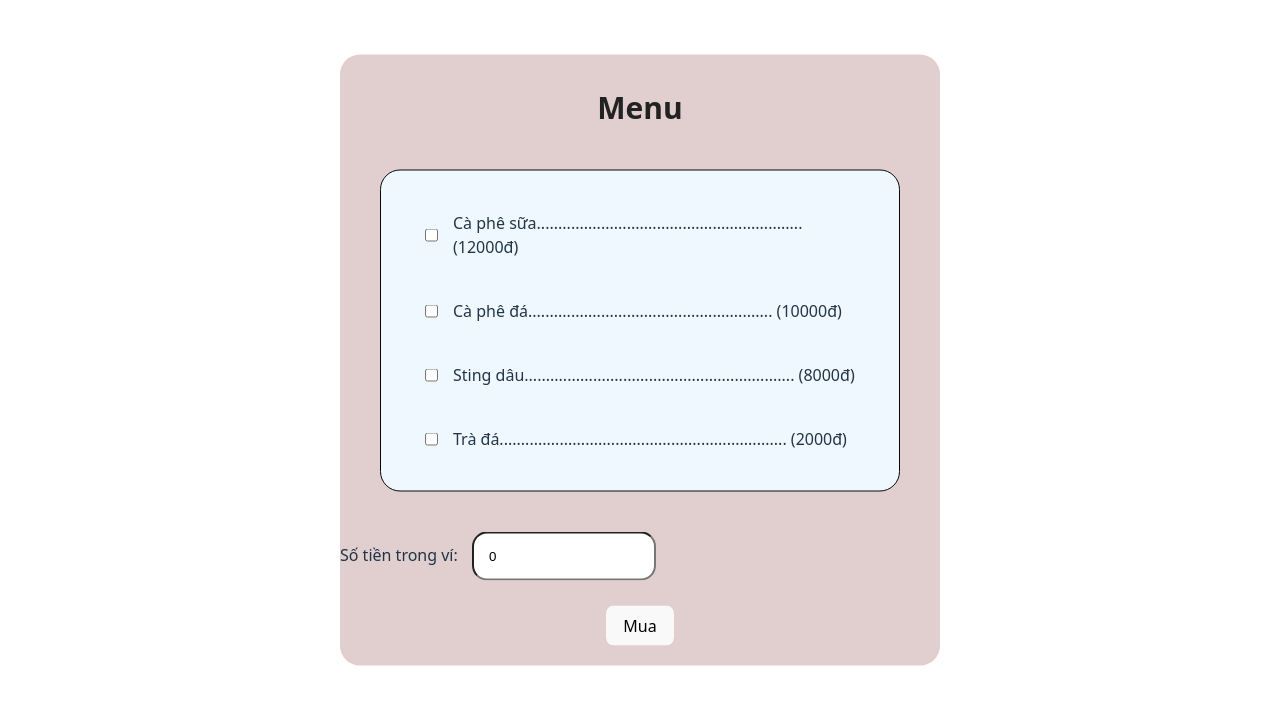
Repository: thidieu2005/React_State
Page: /
An editor plug-in stored every save of this project. The page is shown before and after a run of saves, followed by the edit.
The browser window is 1280 px wide. The pictures show the whole page.
The project was rebuilt for these pictures with package versions that can differ from the ones it lists, and the page was loaded fresh each time. Also part of the build but not shown: vite.config.js, src/Dientich_hcn.jsx, src/App.jsx, src/Counter_function.jsx, src/S_hnc.jsx, src/data.jsx, src/App.css, src/State_getData.jsx and 6 more.

Above is the page before, as saved 2025-04-29 07:05:10.

### src/main.jsx
import { StrictMode } from 'react'
import { createRoot } from 'react-dom/client'
import './index.css'
import App from './App.jsx'
import Dientich_hcn from './Dientich_hcn.jsx'
// import App from './App.jsx'
// import Counter from './Counter.jsx'
import CounterFunction from './Counter_function.jsx'
import S_hcn from './S_hnc.jsx'
import State_getData from './State_getData.jsx'
import FGetdtAPI from './FGetdtAPI.jsx'
import CGetdtAPI from './CGetdtAPI.jsx'
import CaxiosAPI from './axios/CaxiosAPI.jsx'
import FuaxiosAPI from './axios/FuaxiosAPI.jsx'
import MyForm from './Form/form1.jsx'
import { DiemTB } from './Form/diem.jsx'
import SimpleMenu from './Form/checkbox.jsx'
createRoot(document.getElementById('root')).render(
  <StrictMode>
    <  SimpleMenu />
  </StrictMode>,
)

### src/Form/checkbox.jsx
//tạo menu đồ uống. Chọn món muốn mua, dùng checkbox để tích vào đồ cần mua
//menu có tên, giá, số lượng(tự nhập). ở dưới có ô nhập số tiền. nếu tổng tiềm chọn món lớn hơn số tiền từ ô nhập thì thông báo không đủ tiền
//nếu đủ tiền thì thông báo đã chọn món thành công và số dư còn lại
//bt2: tạo form để tạo 1 sp, có thể lưu vào local storage sau đó hiển thị ra. Và tiếp tục nâng cao lưu vào session, cloud, backend(APi, Sql,..)


import React, { useState } from "react";
import "./SimpleMenu.css"; // 🛑 Import file CSS riêng!

export default function SimpleMenu() {
  const menu = [
    { id: 1, name: "Cà phê sữa..............................................................", price: 12000 },
    { id: 2, name: "Cà phê đá.........................................................", price: 10000 },
    { id: 3, name: "Sting dâu...............................................................", price: 8000 },
    { id: 4, name: "Trà đá...................................................................", price: 2000 },
  ];

  const [selections, setSelections] = useState({});
  const [wallet, setWallet] = useState(0);
  const [message, setMessage] = useState("");

  const handleSelect = (id) => {
    const newSelections = { ...selections };
    if (newSelections[id] && newSelections[id].selected) {
      newSelections[id].selected = false;
    } else {
      newSelections[id] = { selected: true, quantity: 1 };
    }
    setSelections(newSelections);
  };

  const handleQuantityChange = (id, change) => {
    const newSelections = { ...selections };
    if (newSelections[id]) {
      let newQuantity = newSelections[id].quantity + change;
      if (newQuantity < 1) {
        newQuantity = 1;
      }
      newSelections[id].quantity = newQuantity;
      setSelections(newSelections);
    }
  };

  const calculateTotal = () => {
    let total = 0;
    menu.forEach((item) => {
      const selectedItem = selections[item.id];
      if (selectedItem && selectedItem.selected) {
        total += item.price * selectedItem.quantity;
      }
    });
    return total;
  };

  const handleBuy = () => {
    const total = calculateTotal();
    if (total === 0) {
      setMessage("Chưa chọn món nào!");
    } else if (total > wallet) {
      setMessage("Không đủ tiền!");
    } else {
      const remaining = wallet - total;
      setMessage(`Mua thành công! Số dư còn lại: ${remaining}đ`);
    }
  };

  return (
      <div className="menu-container">
          <h2 className="menu-title">Menu</h2>
          <div className="menu-list">
      {menu.map((item) => (
        <div key={item.id} className="menu-item">
              <input className="checkbox"
            type="checkbox"
            checked={selections[item.id]?.selected || false}
            onChange={() => handleSelect(item.id)}
          />
          {item.name} ({item.price}đ)

          {selections[item.id]?.selected && (
            <span className="quantity-control">
              <button onClick={() => handleQuantityChange(item.id, -1)}>-</button>
              <span className="quantity">{selections[item.id].quantity}</span>
              <button onClick={() => handleQuantityChange(item.id, 1)}>+</button>
            </span>
          )}
        </div>
      ))}</div>

      <div className="wallet-input">
        <label>Số tiền trong ví: </label>
        <input className="wallet"
          placeholder="Nhập số tiền"
          type="number"
          value={wallet}
          onChange={(e) => setWallet(Number(e.target.value))}
        />
      </div>

      <div className="buy-button">
        <button onClick={handleBuy}>Mua</button>
      </div>

      <div className="message">{message}</div>
    </div>
  );
}

### src/Form/SimpleMenu.css
            body {
                align-items: center;
            }

            .menu-container {
                /* padding: 30px; */
                max-width: 800px;
                margin: auto;
                align-items: center;
                background-color: #e1cece;
                border-radius: 20px;
                width: 600px;
                position: absolute;
                /* hoặc position: fixed cũng được */
                top: 50%;
                left: 50%;
                transform: translate(-50%, -50%);
            }

            .menu-title {
                margin: 30px;
                text-align: center;
                font-size: 30px;
                color: #222222;
            }

            .menu-list {
                background-color: aliceblue;
                border-radius: 20px;
                border: 1px solid #090808;
                align-items: center;
                margin: 40px;
            }

            .menu-item {
                margin: 40px;
                display: flex;
                align-items: center;
            }

            .quantity-control {
                margin-left: 10px;
            }

            .checkbox {
                margin-right: 15px;
                border-radius: 10px;
            }

            .quantity-control button {
                margin: 0 5px;
                width: 30px;
                height: 30px;
            }

            .quantity {
                display: inline-block;
                width: 20px;
                text-align: center;
            }

            .wallet-input {
                align-items: center;
                margin-top: 20px;
                margin-top: 20px;
                border-radius: 15px;
            }

            .wallet-input input {
                margin-left: 10px;
                width: 150px;
                border-radius: 15px;
                padding: 15px;
            }

            .buy-button {
                margin-top: 25px;
                text-align: center;
            }

            .buy-button button {
                padding: 8px 16px;
                font-size: 16px;
            }

            .message {
                margin-top: 20px;
                font-weight: bold;
                text-align: center;
                color: green;
            }

Loaded but not shown: index.html (common file); src/index.css (common file)

After the next 2 saves:
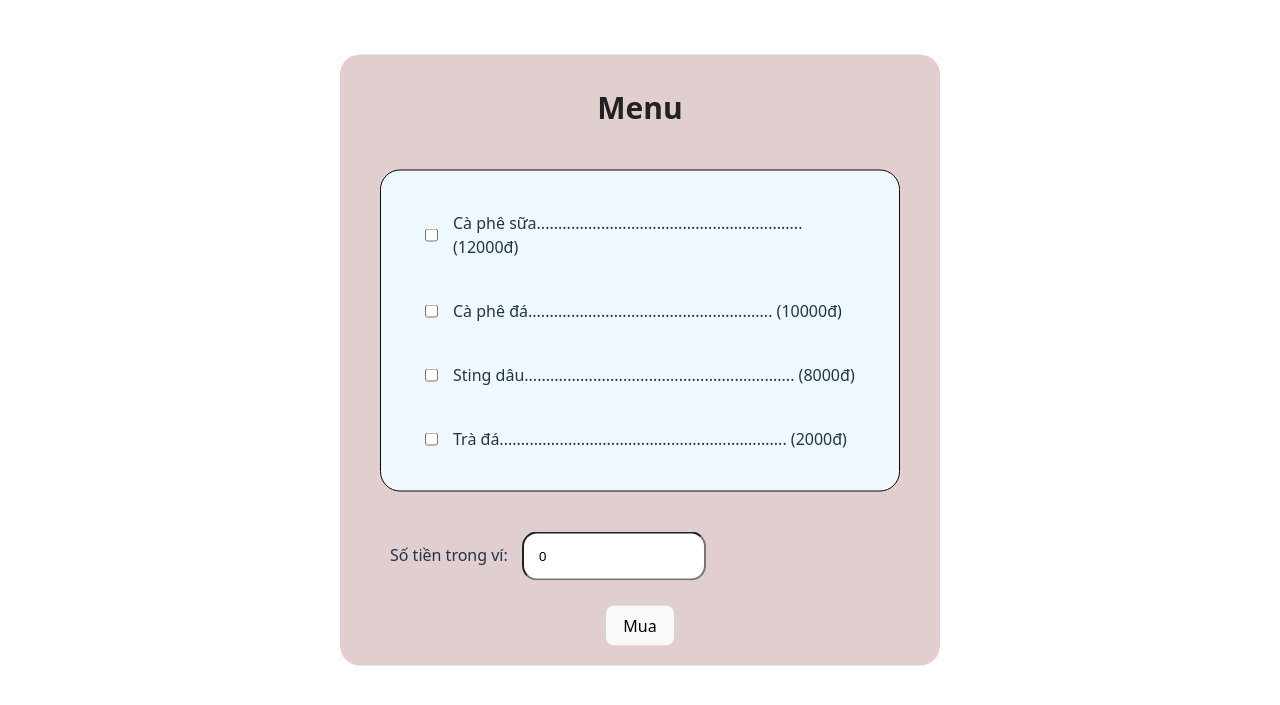
The 2 saves are shown as one change because they came seconds apart.
The last was saved 8 s later.
--- a/src/Form/SimpleMenu.css
+++ b/src/Form/SimpleMenu.css
@@ -62,7 +62,7 @@
             .wallet-input {
                 align-items: center;
                 margin-top: 20px;
-                margin-top: 20px;
+                margin-left: 50px;
                 border-radius: 15px;
             }
 
